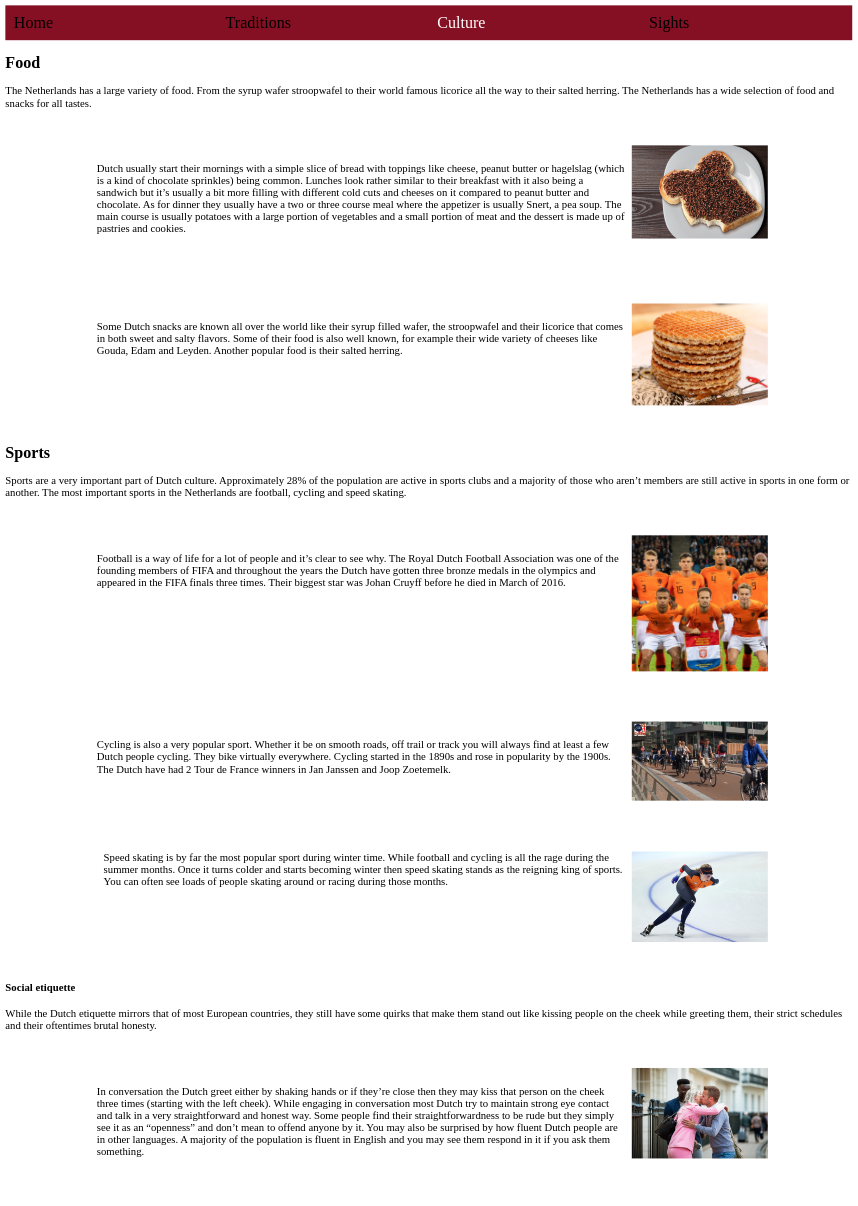
Repository: Cornman63/The-netherlands
Page: html/culture2.html
The author's editor kept a copy of each file at every save. The page is drawn from the files as they stood at one save, then again after the next save.
The browser window is 1280 px wide. The pictures show the whole page, at 67% of full size.

Above is the page before, as saved 2023-05-26 13:31:24.

### html/culture2.html
<!DOCTYPE html>
<html lang="en">
<head>
    <meta charset="UTF-8">
    <meta http-equiv="X-UA-Compatible" content="IE=edge">
    <meta name="viewport" content="width=device-width, initial-scale=1.0">
    <title>Culture</title>
    <link rel="stylesheet" href="../CSS\style2.css">
</head>
<body>
    <div class="top">
        <div class="topbar"><a href="index.html" class="link">Home</a></div>
        <div class="topbar"><a href="traditions.html" class="link">Traditions</a></div>
        <div class="topbar"><a href="culture2.html" style="color: white" class="link">Culture</a></div>
        <div class="topbar"><a href="sights.html" class="link">Sights</a></div>
    </div>
        <div class="foodstart">
            <h2>Food</h2>
             <p>The Netherlands has a large variety of food. From the syrup wafer stroopwafel to their world famous licorice all the way to their salted herring. The Netherlands has a wide selection of food and snacks for all tastes.</p>
        </div>
        <div class="foodmain">
        <div class="item">
            <p class="par">Dutch usually start their mornings with a simple slice of bread with toppings like cheese, peanut butter or hagelslag (which is a kind of chocolate sprinkles) being common. Lunches look rather similar to their breakfast with it also being a sandwich but it’s usually a bit more filling with different cold cuts and cheeses on it compared to peanut butter and chocolate. As for dinner they usually have a two or three course meal where the appetizer is usually Snert, a pea soup. The main course is usually potatoes with a large portion of vegetables and a small portion of meat and the dessert is made up of pastries and cookies. </p>
            <img src="../images\hagelslag.jpg" alt="hagelslag" class="img">
        </div>
        <div class="item">
            <p class="par">Some Dutch snacks are known all over the world like their syrup filled wafer, the stroopwafel and their licorice that comes in both sweet and salty flavors. Some of their food is also well known, for example their wide variety of cheeses like Gouda, Edam and Leyden. Another popular food is their salted herring.</p>
            <img src="../images/stroopwafel.jpg" alt="stroopwafel" class="img">
        </div>

        <div class="sportstart">
            <h2>Sports</h2>
            <p>Sports are a very important part of Dutch culture. Approximately 28% of the population are active in sports clubs and a majority of those who aren’t members are still active in sports in one form or another. The most important sports in the Netherlands are football, cycling and speed skating. </p>
        </div>
        <div class="sportmain">
            <div class="item">
            <p class="par">Football is a way of life for a lot of people and it’s clear to see why. The Royal Dutch Football Association was one of the founding members of FIFA and throughout the years the Dutch have gotten three bronze medals in the olympics and appeared in the FIFA finals three times. Their biggest star was Johan Cruyff before he died in March of 2016. </p>
            <img src="../images/football.jpg" alt="dutch football" class="img">
            </div>
            <div class="item">
                <p class="par">Cycling is also a very popular sport. Whether it be on smooth roads, off trail or track you will always find at least a few Dutch people cycling. They bike virtually everywhere. Cycling started in the 1890s and rose in popularity by the 1900s. The Dutch have had 2 Tour de France winners in Jan Janssen and Joop Zoetemelk.</p>
                <img src="../images/cycling.jpg" alt="cycling" class="img">
            </div>
            <div class="item">
                <p class="par"></p>Speed skating is by far the most popular sport during winter time. While football and cycling is all the rage during the summer months. Once it turns colder and starts becoming winter then speed skating stands as the reigning king of sports. You can often see loads of people skating around or racing during those months.</p>
                <img src="../images/skating.jpg" alt="skating" class="img">
            </div>
        </div>
        <div class="soceqstart">
            <h4>Social etiquette</h4>
            <p>While the Dutch etiquette mirrors that of most European countries, they still have some quirks that make them stand out like kissing people on the cheek while greeting them, their strict schedules and their oftentimes brutal honesty.</p>
        </div>
        <div class="soceqmain">
            <div class="item">
                <p class="par">In conversation the Dutch greet either by shaking hands or if they’re close then they may kiss that person on the cheek three times (starting with the left cheek). While engaging in conversation most Dutch try to maintain strong eye contact and talk in a very straightforward and honest way. Some people find their straightforwardness to be rude but they simply see it as an “openness” and don’t mean to offend anyone by it. You may also be surprised by how fluent Dutch people are in other languages. A majority of the population is fluent in English and you may see them respond in it if you ask them something.</p>
                <img src="../images/kiss.jpeg" alt="dutch kiss" class="img">
            </div>
        </div>
    </div>
    <div class="bottom">

    </div>
</body>
</html>

### CSS/style2.css
.top, .bottom {
    display: flex;
    flex-direction: row;
    justify-content: center;
    align-content:center;
    background-color:#861023;
    margin: auto;
    font-size: 150%;
}
.bottom{
    background-color: #053484;
}
.topbar {
    display: flex;
    border: 1%;
    margin: 1%;
    margin-right: 10%;
    align-content: center;
    width: 90%;
}

.link{
    text-decoration: none;
}
.link:link {
    color:black;
}
.link:visited {
    color:black;
}
.link:hover {
    color:white;
}
.foodmain {
    display: flex;
    flex-direction: column;
}
.item{
    max-width: 80%;
    margin: auto;
    display: flex;
    flex-direction: row;
    padding: 3%;
}
.img {
    width: 20%;
    height: 20%;
    display: flex;
    flex-direction: row;
}
.par {
    padding: 1%;
}

After the next save:
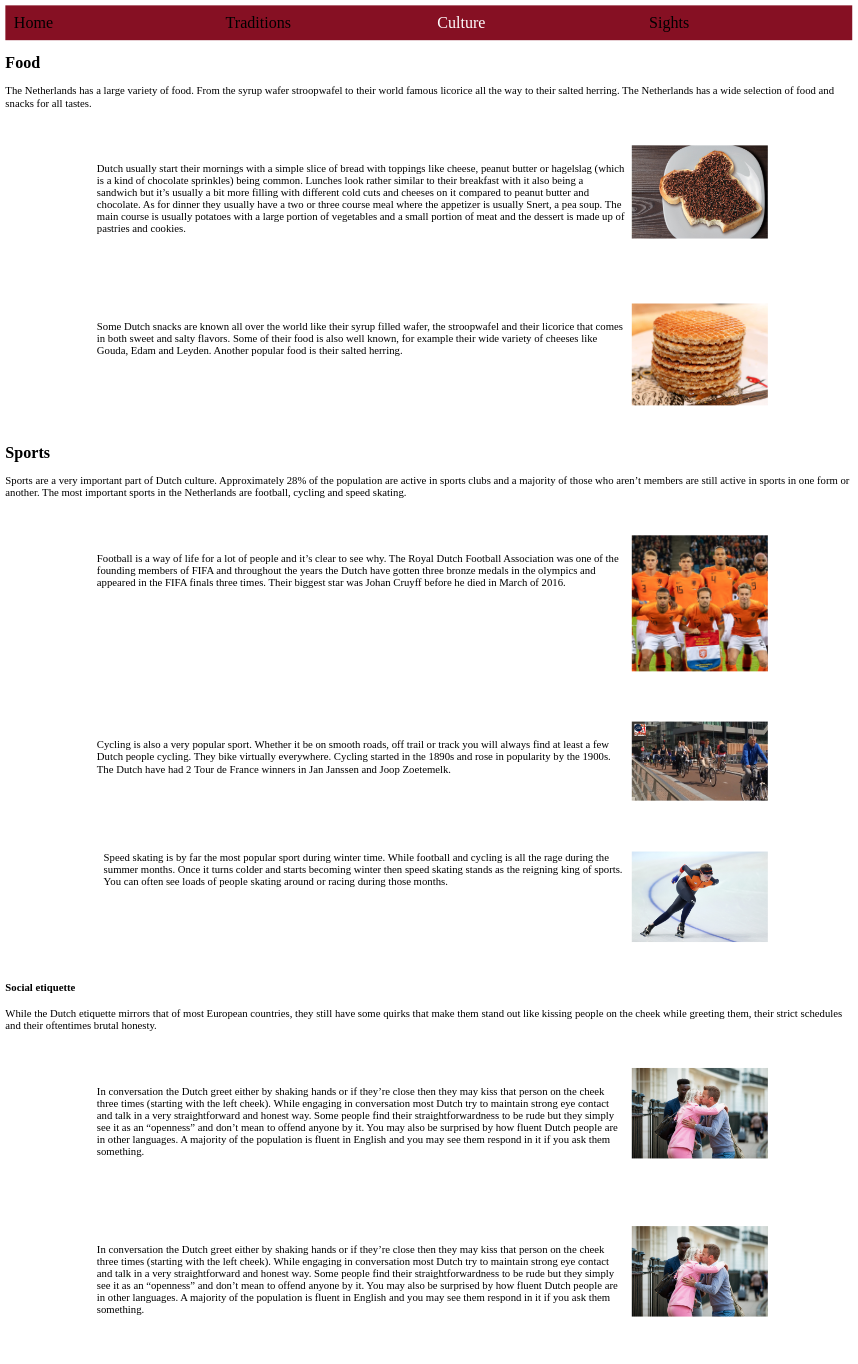
Saved 18 s later.
--- a/html/culture2.html
+++ b/html/culture2.html
@@ -55,6 +55,10 @@
                 <p class="par">In conversation the Dutch greet either by shaking hands or if they’re close then they may kiss that person on the cheek three times (starting with the left cheek). While engaging in conversation most Dutch try to maintain strong eye contact and talk in a very straightforward and honest way. Some people find their straightforwardness to be rude but they simply see it as an “openness” and don’t mean to offend anyone by it. You may also be surprised by how fluent Dutch people are in other languages. A majority of the population is fluent in English and you may see them respond in it if you ask them something.</p>
                 <img src="../images/kiss.jpeg" alt="dutch kiss" class="img">
             </div>
+            <div class="item">
+                <p class="par">In conversation the Dutch greet either by shaking hands or if they’re close then they may kiss that person on the cheek three times (starting with the left cheek). While engaging in conversation most Dutch try to maintain strong eye contact and talk in a very straightforward and honest way. Some people find their straightforwardness to be rude but they simply see it as an “openness” and don’t mean to offend anyone by it. You may also be surprised by how fluent Dutch people are in other languages. A majority of the population is fluent in English and you may see them respond in it if you ask them something.</p>
+                <img src="../images/kiss.jpeg" alt="dutch kiss" class="img">
+            </div>
         </div>
     </div>
     <div class="bottom">
